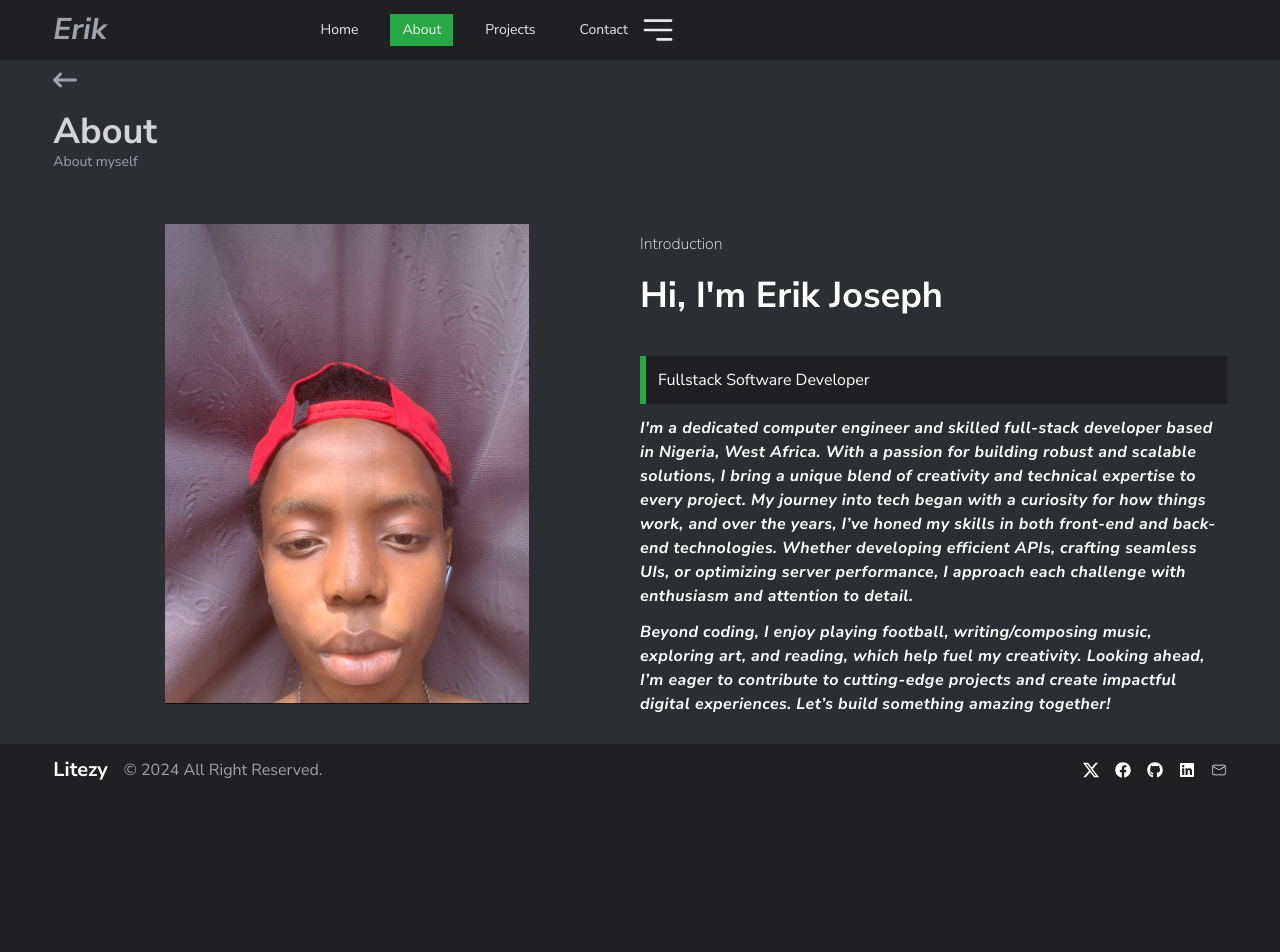
Repository: Rickyy1017/eric-portt
Page: /about
An editor plug-in stored every save of this project. The page is shown before and after a run of saves, followed by the edit.
The browser window is 1280 px wide. The pictures show the whole page.
The project was rebuilt for these pictures with package versions that can differ from the ones it lists, and the page was loaded fresh each time. Also part of the build but not shown: vite.config.js, src/components/sending.css, src/components/Sending.jsx, src/components/Contact.jsx, src/components/Hero.jsx, src/components/Intro.jsx, src/components/loader.css, src/components/Loader.jsx and 5 more.

Above is the page before, as saved 2025-03-26 10:37:27.

After the next 2 saves:
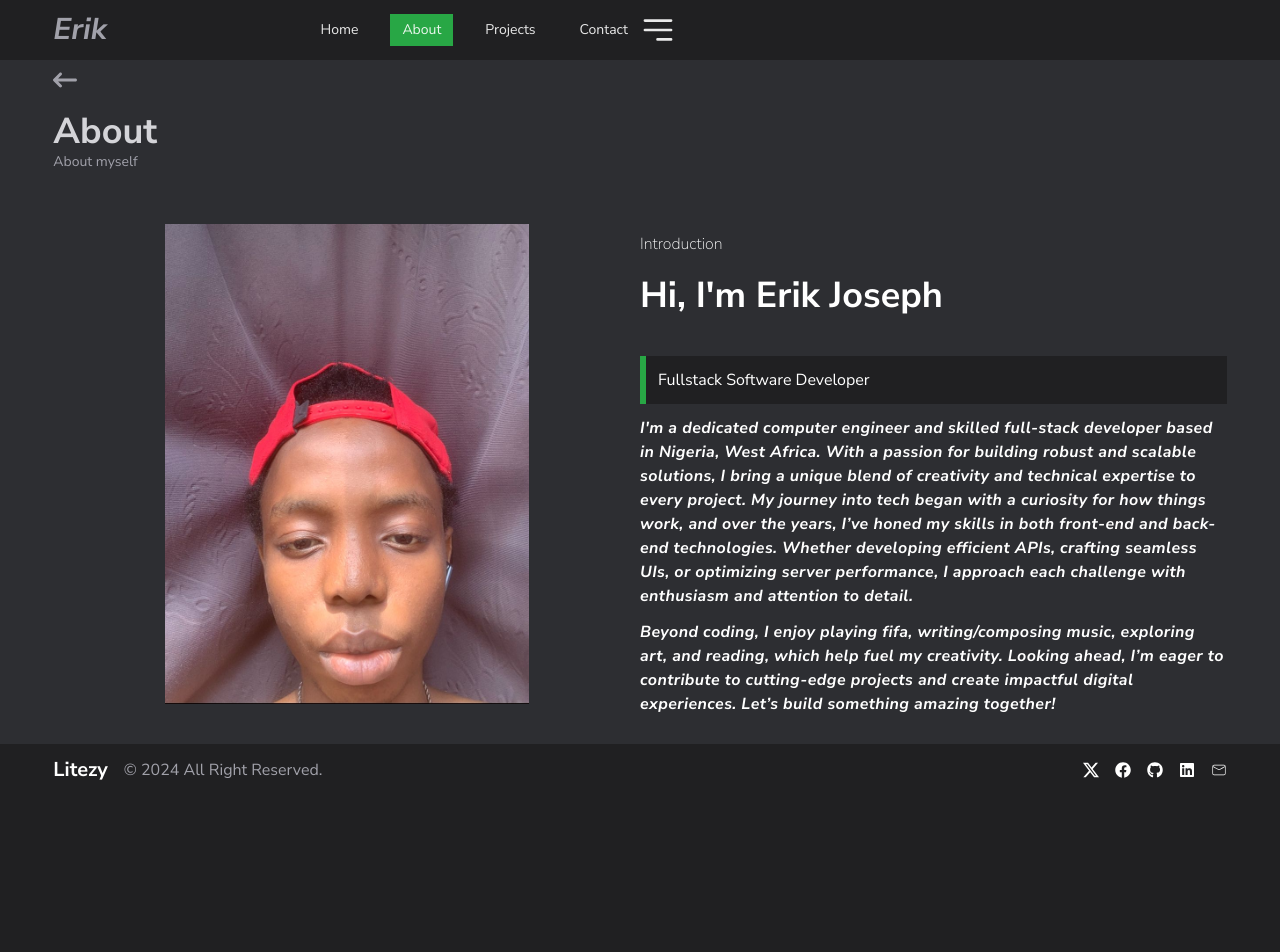
The 2 saves are shown as one change because they came seconds apart.
The last was saved 2 min 43 s later.
--- a/src/components/About.jsx
+++ b/src/components/About.jsx
@@ -37,7 +37,7 @@ const About = () => {
               <div data-aos-duration="1000" data-aos="fade-up" className="tracking-wide font-bold text-[1rem] italic ">I'm a dedicated computer engineer and skilled full-stack developer based in Nigeria, West Africa. With a passion for building robust and scalable solutions, I bring a unique blend of creativity and technical expertise to every project.
                 My journey into tech began with a curiosity for how things work, and over the years, I’ve honed my skills in both front-end and back-end technologies. Whether developing efficient APIs, crafting seamless UIs, or optimizing server performance, I approach each challenge with enthusiasm and attention to detail.
                 </div>
-                <div data-aos-duration="1000" data-aos="fade-down" className="font-bold tracking-wide text-[1rem] italic">Beyond coding, I enjoy playing football, writing/composing music, exploring art, and reading, which help fuel my creativity. Looking ahead, I’m eager to contribute to cutting-edge projects and create impactful digital experiences. Let’s build something amazing together!</div>
+                <div data-aos-duration="1000" data-aos="fade-down" className="font-bold tracking-wide text-[1rem] italic">Beyond coding, I enjoy playing fifa, writing/composing music, exploring art, and reading, which help fuel my creativity. Looking ahead, I’m eager to contribute to cutting-edge projects and create impactful digital experiences. Let’s build something amazing together!</div>
             </div>
             {/* <div data-aos="fade-up"
             data-aos-duration="1000"
